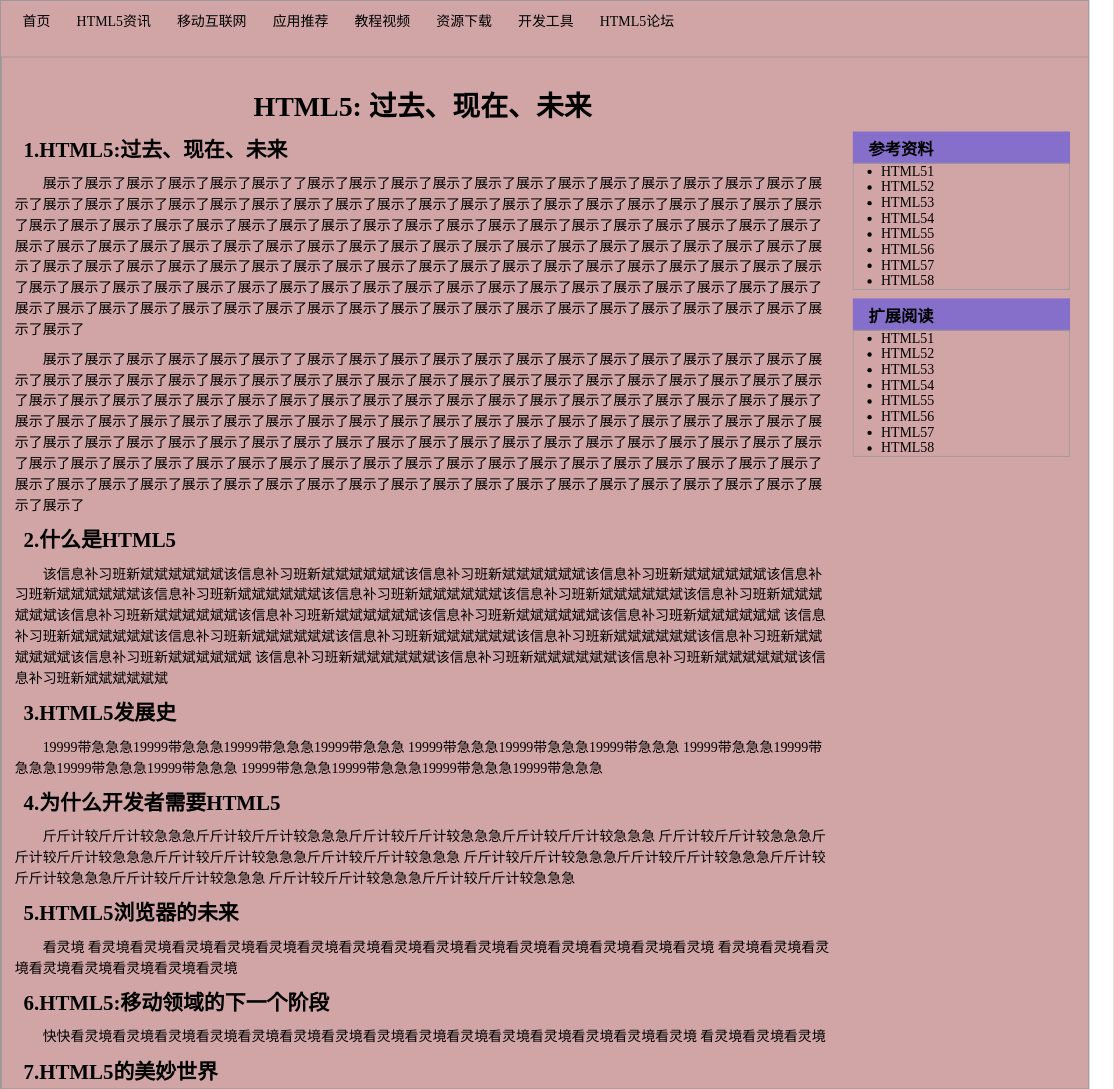
Repository: LstHeart/html-learning
Page: css/案例作业2.html
The author's editor kept a copy of each file at every save. The page is drawn from the files as they stood at one save, then again after the next save.
The browser window is 1280 px wide. The pictures show the whole page, at 87% of full size.

Above is the page before, as saved 2021-01-05 23:57:07.

### css/案例作业2.html
<!DOCTYPE html>
<html lang="en">

<head>
    <meta charset="UTF-8">
    <meta name="viewport" content="width=device-width, initial-scale=1.0">
    <title>HTML5</title>
    <link rel="stylesheet" href="html5.css">
</head>

<body>
    <div class="portainer">
        <div class="header">
            <ul class="head-ul">
                <li>首页</li>
                <li>HTML5资讯</li>
                <li>移动互联网</li>
                <li>应用推荐</li>
                <li>教程视频</li>
                <li>资源下载</li>
                <li>开发工具</li>
                <li>HTML5论坛</li>
            </ul>
        </div>
        <div class="content">
            <div class="leftside">
                <h1>HTML5: 过去、现在、未来</h1>
                <h2>1.HTML5:过去、现在、未来</h2>
                <p>展示了展示了展示了展示了展示了展示了了展示了展示了展示了展示了展示了展示了展示了展示了展示了展示了展示了展示了展示了展示了展示了展示了展示了展示了展示了展示了展示了展示了展示了展示了展示了展示了展示了展示了展示了展示了展示了展示了展示了展示了展示了展示了展示了展示了展示了展示了展示了展示了展示了展示了展示了展示了展示了展示了展示了展示了展示了展示了展示了展示了展示了展示了展示了展示了展示了展示了展示了展示了展示了展示了展示了展示了展示了展示了展示了展示了展示了展示了展示了展示了展示了展示了展示了展示了展示了展示了展示了展示了展示了展示了展示了展示了展示了展示了展示了展示了展示了展示了展示了展示了展示了展示了展示了展示了展示了展示了展示了展示了展示了展示了展示了展示了展示了展示了展示了展示了展示了展示了展示了展示了展示了展示了展示了展示了展示了展示了展示了展示了展示了展示了展示了展示了展示了展示了展示了展示了
                </p>
                <p>展示了展示了展示了展示了展示了展示了了展示了展示了展示了展示了展示了展示了展示了展示了展示了展示了展示了展示了展示了展示了展示了展示了展示了展示了展示了展示了展示了展示了展示了展示了展示了展示了展示了展示了展示了展示了展示了展示了展示了展示了展示了展示了展示了展示了展示了展示了展示了展示了展示了展示了展示了展示了展示了展示了展示了展示了展示了展示了展示了展示了展示了展示了展示了展示了展示了展示了展示了展示了展示了展示了展示了展示了展示了展示了展示了展示了展示了展示了展示了展示了展示了展示了展示了展示了展示了展示了展示了展示了展示了展示了展示了展示了展示了展示了展示了展示了展示了展示了展示了展示了展示了展示了展示了展示了展示了展示了展示了展示了展示了展示了展示了展示了展示了展示了展示了展示了展示了展示了展示了展示了展示了展示了展示了展示了展示了展示了展示了展示了展示了展示了展示了展示了展示了展示了展示了展示了
                </p>
                <h2>2.什么是HTML5</h2>
                <p>该信息补习班新斌斌斌斌斌斌该信息补习班新斌斌斌斌斌斌该信息补习班新斌斌斌斌斌斌该信息补习班新斌斌斌斌斌斌该信息补习班新斌斌斌斌斌斌该信息补习班新斌斌斌斌斌斌该信息补习班新斌斌斌斌斌斌该信息补习班新斌斌斌斌斌斌该信息补习班新斌斌斌斌斌斌该信息补习班新斌斌斌斌斌斌该信息补习班新斌斌斌斌斌斌该信息补习班新斌斌斌斌斌斌该信息补习班新斌斌斌斌斌斌
                    该信息补习班新斌斌斌斌斌斌该信息补习班新斌斌斌斌斌斌该信息补习班新斌斌斌斌斌斌该信息补习班新斌斌斌斌斌斌该信息补习班新斌斌斌斌斌斌该信息补习班新斌斌斌斌斌斌
                    该信息补习班新斌斌斌斌斌斌该信息补习班新斌斌斌斌斌斌该信息补习班新斌斌斌斌斌斌该信息补习班新斌斌斌斌斌斌
                </p>
                <h2>3.HTML5发展史</h2>
                <p>19999带急急急19999带急急急19999带急急急19999带急急急
                    19999带急急急19999带急急急19999带急急急
                    19999带急急急19999带急急急19999带急急急19999带急急急
                    19999带急急急19999带急急急19999带急急急19999带急急急
                </p>
                <h2>4.为什么开发者需要HTML5</h2>
                <p>斤斤计较斤斤计较急急急斤斤计较斤斤计较急急急斤斤计较斤斤计较急急急斤斤计较斤斤计较急急急
                    斤斤计较斤斤计较急急急斤斤计较斤斤计较急急急斤斤计较斤斤计较急急急斤斤计较斤斤计较急急急
                    斤斤计较斤斤计较急急急斤斤计较斤斤计较急急急斤斤计较斤斤计较急急急斤斤计较斤斤计较急急急
                    斤斤计较斤斤计较急急急斤斤计较斤斤计较急急急
                </p>
                <h2>5.HTML5浏览器的未来</h2>
                <p>看灵境
                    看灵境看灵境看灵境看灵境看灵境看灵境看灵境看灵境看灵境看灵境看灵境看灵境看灵境看灵境看灵境
                    看灵境看灵境看灵境看灵境看灵境看灵境看灵境看灵境
                </p>
                <h2>6.HTML5:移动领域的下一个阶段</h2>
                <p>快快看灵境看灵境看灵境看灵境看灵境看灵境看灵境看灵境看灵境看灵境看灵境看灵境看灵境看灵境看灵境
                    看灵境看灵境看灵境
                </p>
                <h2>7.HTML5的美妙世界</h2>
                <p>狂降看零看灵境看灵境看灵境看灵境看灵境看灵境看灵境看灵境看灵境看灵境看灵境看灵境看灵境看灵境
                    看灵境看灵境看灵境看灵境看灵境看灵境看灵境
                </p>
            </div>
            <div class="rightside">
                <h3>参考资料</h3>
                <ul>
                    <li>HTML51</li>
                    <li>HTML52</li>
                    <li>HTML53</li>
                    <li>HTML54</li>
                    <li>HTML55</li>
                    <li>HTML56</li>
                    <li>HTML57</li>
                    <li>HTML58</li>
                </ul>
                <h3>扩展阅读</h3>
                <ul>
                    <li>HTML51</li>
                    <li>HTML52</li>
                    <li>HTML53</li>
                    <li>HTML54</li>
                    <li>HTML55</li>
                    <li>HTML56</li>
                    <li>HTML57</li>
                    <li>HTML58</li>
                </ul>
            </div>
        </div>
        <div class="footer">
            Copyright &copy;2020
        </div>
    </div>
</body>

</html>

### css/html5.css
*{
    padding: 0;
    margin: 0;
}
li{
    list-style: none;
}
a{
    text-decoration: none;
}
.portainer{
    height: 1250px;
    width: 1250px;
    border: 1px solid rgb(151, 151, 151);
    background-color: rgb(209, 165, 165);
    overflow: hidden;
}
.header,.content,.footer{
    width:1250px;
    float:left;
}
.header{
    padding-bottom:10px;
    overflow: hidden;
}
 .head-ul{
    /* margin: 10px auto; */
    width:1250px;
    padding-left: 10px;
    padding-bottom: 10px;
    /* background-color: rgb(248, 4, 4); */
    /* position: absolute; */
    overflow: hidden;

}
.portianer .header,.footer{
    height: 30px;
    background-color: #3b3bf180;
    margin: 0px 0 auto;
    text-align: center;
}
.header li{
    float: left;
    margin:10px 15px;

}
.content{
    height: 1200px;
    border: 1px solid rgb(151, 151, 151);
    overflow: hidden;
}
.content h1{
    text-align: center;
    font-family: '黑体';
    margin-top: 30px;
    margin-bottom: 10px;

}

.content .leftside,.rightside{
    float: left;
    height: 900px;

}
.content .leftside{
    width: 75%;
    margin: 0 10px;
    padding: 0 5px;

}
.content .rightside{
    position: relative;
    margin-top:85px;
    margin-left:10px;
    margin-right:0;
    width: 20%;
    overflow: hidden;
}
.content h2{
    /* border:#5a5ac2 1px solid; */
    padding-left: 10px;
}
.content p{
    font-family: '楷体';
    text-indent: 2em;
    margin: 10px 0;
    /* line-height: 1; */
}
.content h3{
    font-family: '黑体';
    /* border: 1px solid #ffffff; */
    background-color: #3b3bf180;
    padding: 5px 1em;
}
.content ul{
    /* background-color: #9ee7e1; */
    border: 1px solid rgb(151, 151, 151);
    margin-top: -1px;
    margin-bottom: 10px;
}
.content ul li{
    list-style:disc;
    margin-left: 2em;
}
.footer{
    margin-top: 0;
    padding-top: 10px;
    vertical-align:middle;
}

After the next save:
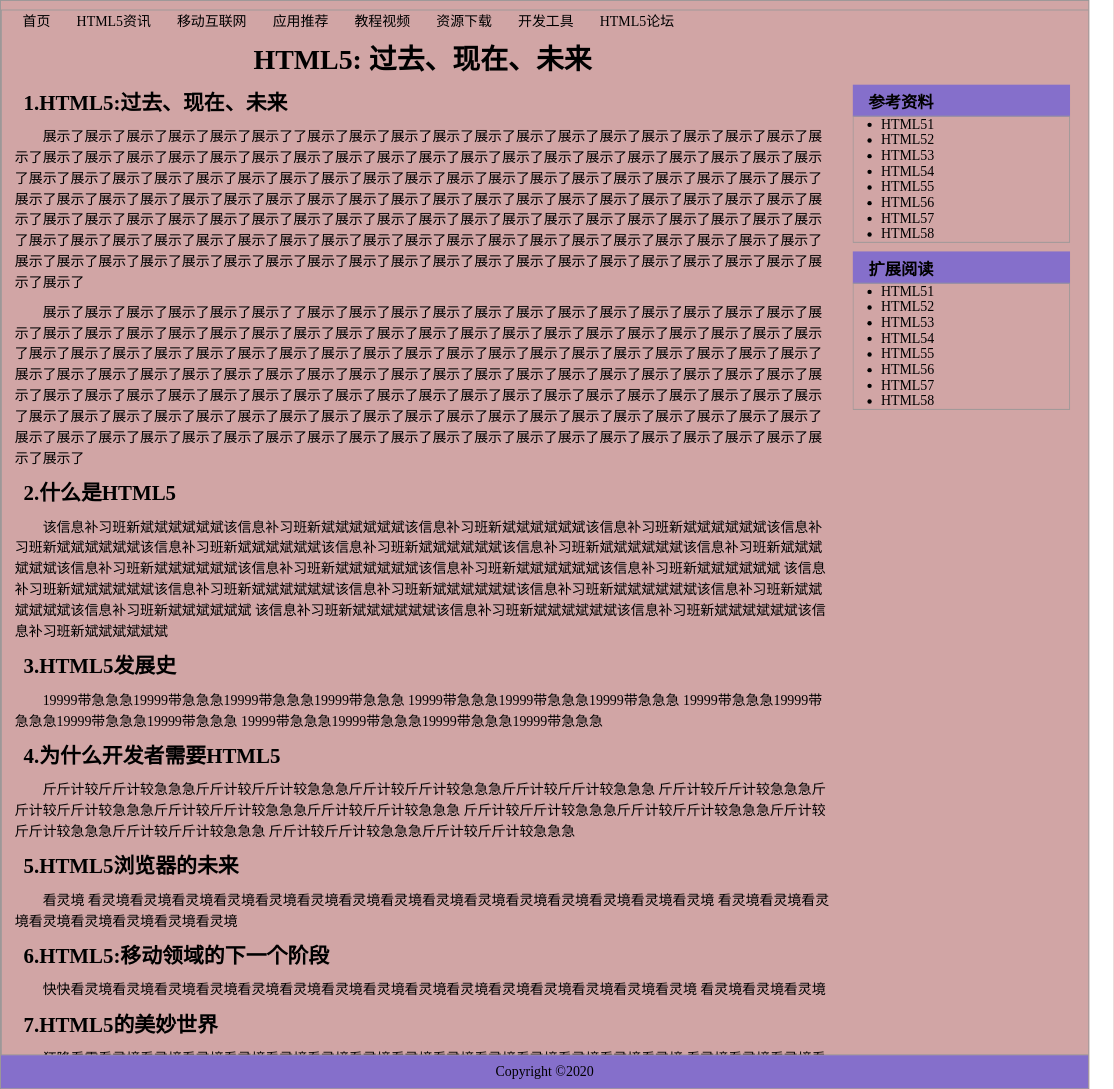
Saved 8 s later.
--- a/css/html5.css
+++ b/css/html5.css
@@ -29,8 +29,8 @@ a{
     padding-left: 10px;
     padding-bottom: 10px;
     /* background-color: rgb(248, 4, 4); */
-    /* position: absolute; */
-    overflow: hidden;
+    position: absolute;
+    /* overflow: hidden; */
 
 }
 .portianer .header,.footer{
